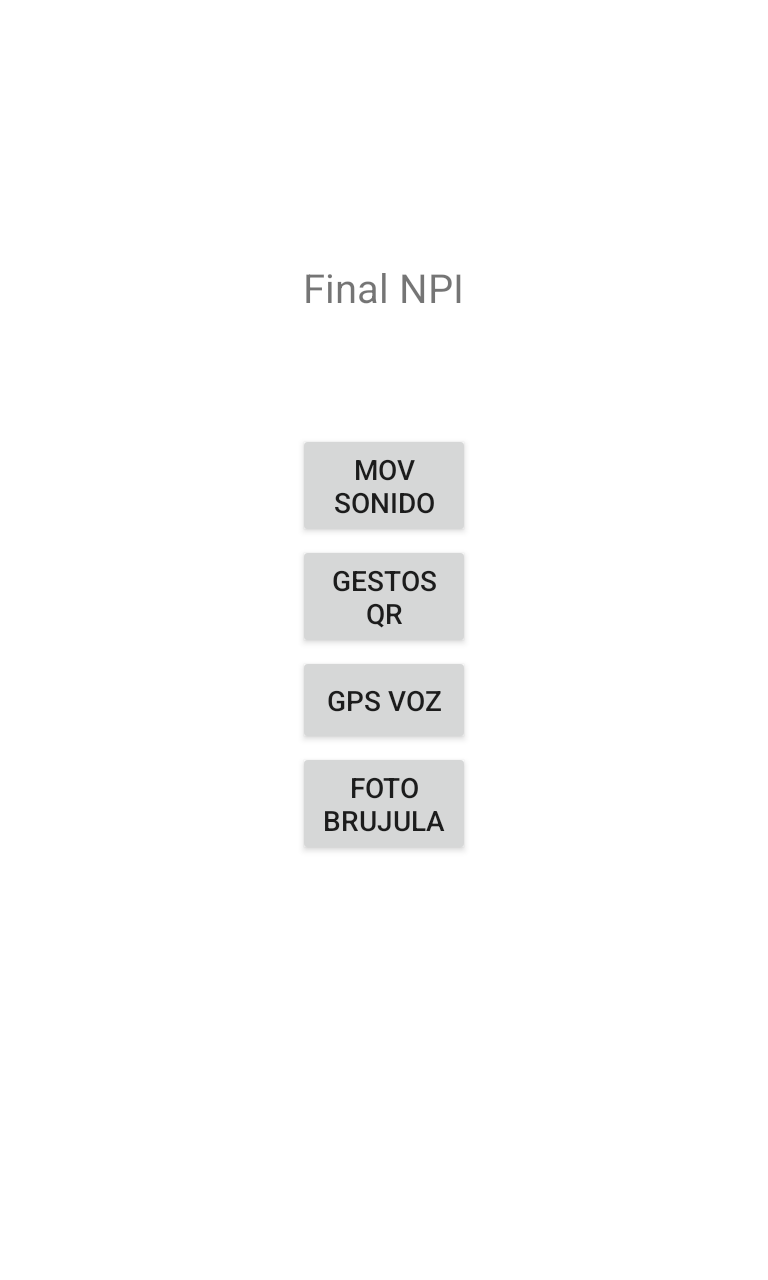
Repository: ADoncel/Android-NPI
Layout: ProyectAndroid/AndroidMetaio/res/layout/activity_main.xml
The author's editor kept a copy of each file at every save. The layout is drawn from the files as they stood at one save, then again after the next save.
It is drawn on a 768 x 1280 px phone screen (xhdpi) without system bars, with theme AppTheme; the app's code is not run.

Above is the layout before, as saved 2015-01-21 00:26:39.

### ProyectAndroid/AndroidMetaio/res/layout/activity_main.xml
<RelativeLayout xmlns:android="http://schemas.android.com/apk/res/android"
    xmlns:tools="http://schemas.android.com/tools"
    android:layout_width="fill_parent"
    android:layout_height="fill_parent"
    android:background="#FFF"
    android:paddingBottom="@dimen/activity_vertical_margin"
    android:paddingLeft="@dimen/activity_horizontal_margin"
    android:paddingRight="@dimen/activity_horizontal_margin"
    android:paddingTop="@dimen/activity_vertical_margin"
    tools:context="com.meatio.androidmetaio.MainActivity" >

    <TextView
        android:id="@+id/main_text"
        android:layout_width="wrap_content"
        android:layout_height="wrap_content"
        android:layout_alignParentTop="true"
        android:layout_centerHorizontal="true"
        android:layout_marginTop="114dp"
        android:text="@string/title_app"
        android:textSize="20sp" />

    <Button
        android:id="@+id/qrreader_button"
        android:layout_width="wrap_content"
        android:layout_height="wrap_content"
        android:layout_alignLeft="@+id/speakGPS_button"
        android:layout_alignRight="@+id/speakGPS_button"
        android:layout_below="@+id/sensor_button"
        android:text="@string/qr_button" />

    <Button
        android:id="@+id/speakGPS_button"
        android:layout_width="wrap_content"
        android:layout_height="wrap_content"
        android:layout_below="@+id/qrreader_button"
        android:layout_centerHorizontal="true"
        android:text="@string/speak_button" />

    <Button
        android:id="@+id/fotobrujula_button"
        android:layout_width="wrap_content"
        android:layout_height="wrap_content"
        android:layout_alignLeft="@+id/speakGPS_button"
        android:layout_alignRight="@+id/speakGPS_button"
        android:layout_below="@+id/speakGPS_button"
        android:text="@string/fotobrujula_button" />

    <Button
        android:id="@+id/sensor_button"
        android:layout_width="wrap_content"
        android:layout_height="wrap_content"
        android:layout_alignLeft="@+id/qrreader_button"
        android:layout_alignRight="@+id/qrreader_button"
        android:layout_below="@+id/main_text"
        android:layout_marginTop="58dp"
        android:text="@string/sensor_button" />

</RelativeLayout>

### ProyectAndroid/AndroidMetaio/res/values/strings.xml
<resources>

    <string name="app_name">AndroidMetaio</string>
    <string name="action_settings">Settings</string>
    <string name="metaioSDKSignature">fATHtuYuVAi1IpawQ6m57N8MvdcDtYjBbhnKqC7PkKg=</string>
    <string name="radiobutton_web">Web search</string>
    <string name="radiobutton_free">Free form</string>
    <string name="instructions_langmodel">Choose a language model</string>
    <string name="instructions_numresults">Choose the maximum number of results</string>
    <string name="speechbtn">Press the button to speak</string>
    <string name="title_app">Final NPI</string>
    <string name="speak_button">GPS Voz</string>
    <string name="voice_button">TOMAR</string>
    <string name="latitud_text">LATITUD</string>
    <string name="longitud_text">LONGITUD</string>
    <string name="GPS_button">START GPS</string><string name="qr_button">Gestos QR</string>
    <string name="sensor_button">Mov Sonido</string>

    <!-- Accessibility description sent when user starts drawing a lock pattern. -->
    <string name="lockscreen_access_pattern_start">Pattern started</string>
    <!-- Accessibility description sent when the pattern times out and is cleared. -->
    <string name="lockscreen_access_pattern_cleared">Pattern cleared</string>
    <!-- Accessibility description sent when user adds a cell to the pattern. -->
    <string name="lockscreen_access_pattern_cell_added">Cell added</string>
    <!-- Accessibility description sent when user completes drawing a pattern. -->
    <string name="lockscreen_access_pattern_detected">Pattern completed</string>


    <string name="lock_tip_pattern_ready">Dibuja el patron de desbloqueo：</string>
    <string name="lock_tip_pattern_start">Levante el dedo al terminar：</string>
    <string name="lock_tip_pattern_error_tooless">Establece minimo 4 puntos：</string>
    <string name="lock_tip_pattern_recored">Patron grabado</string>
    <string name="lock_tip_pattern_check">Dibuje el patron de nuevo para confirmar：</string>
    <string name="lock_tip_pattern_error_checkerror">Error de entrada por favor intentelo de nuevo</string>
    <string name="lock_tip_pattern_done">Su nuevo patron de desbloqueo：</string>

    <string name="verify_tip_input">Introduzca el patron：</string>
    <string name="verify_tip_error">La contraseña es incorrecta</string>

    <string name="lock_btn_next">NEXT</string>
    <string name="lock_btn_done">DONE</string>
    <string name="btn_cancel">CANCEL</string>
    <string name="btn_retry">RETRY</string>
    <string name="fotobrujula_button">Foto Brujula</string>

</resources>

Loaded but not shown: ProyectAndroid/AndroidMetaio/res/values/styles.xml (common file); ProyectAndroid/AndroidMetaio/res/values-v11/styles.xml (common file); ProyectAndroid/AndroidMetaio/res/values-v14/styles.xml (common file); ProyectAndroid/AndroidMetaio/res/values/dimens.xml (common file); ProyectAndroid/AndroidMetaio/res/values-w820dp/dimens.xml (common file)

After the next save:
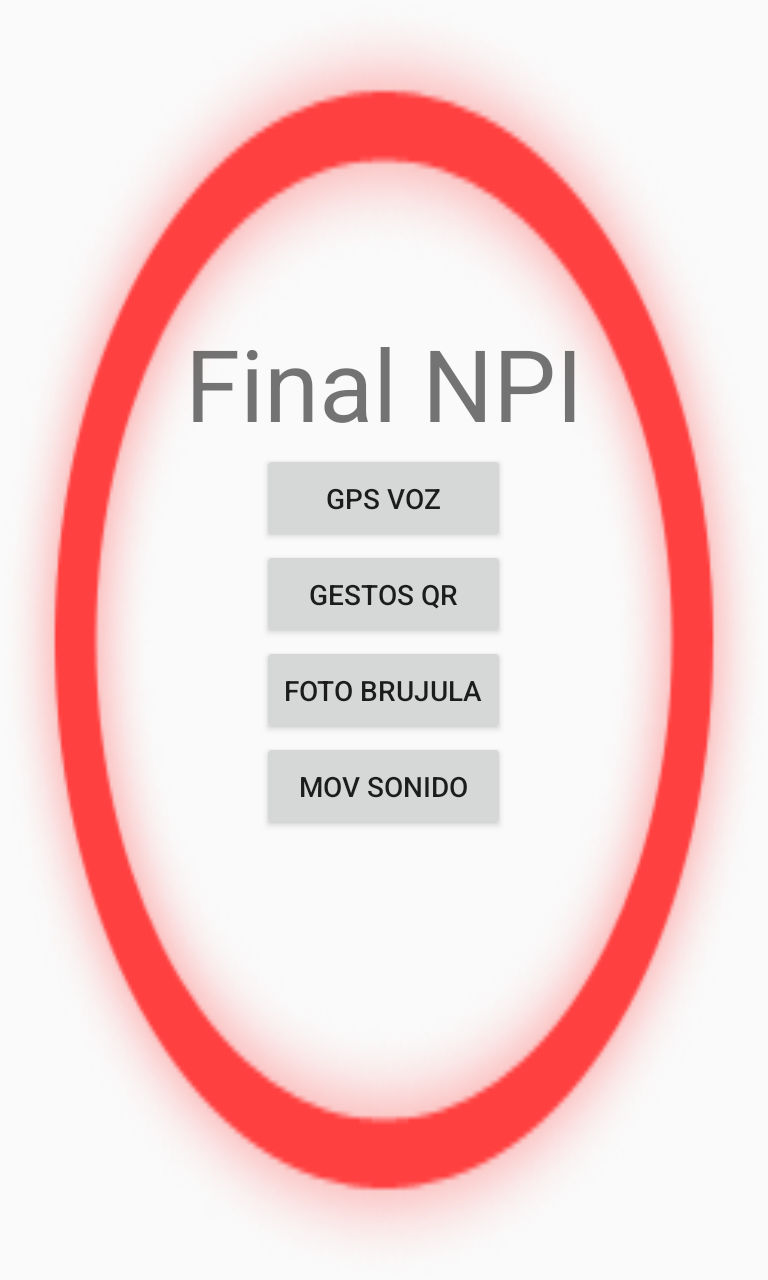
Saved 4 min 2 s later.
--- a/ProyectAndroid/AndroidMetaio/res/layout/activity_main.xml
+++ b/ProyectAndroid/AndroidMetaio/res/layout/activity_main.xml
@@ -2,7 +2,7 @@
     xmlns:tools="http://schemas.android.com/tools"
     android:layout_width="fill_parent"
     android:layout_height="fill_parent"
-    android:background="#FFF"
+    android:background="@drawable/indicator_code_lock_point_area_red_holo"
     android:paddingBottom="@dimen/activity_vertical_margin"
     android:paddingLeft="@dimen/activity_horizontal_margin"
     android:paddingRight="@dimen/activity_horizontal_margin"
@@ -15,9 +15,18 @@
         android:layout_height="wrap_content"
         android:layout_alignParentTop="true"
         android:layout_centerHorizontal="true"
-        android:layout_marginTop="114dp"
+        android:layout_marginTop="142dp"
         android:text="@string/title_app"
-        android:textSize="20sp" />
+        android:textSize="50sp" />
+
+    <Button
+        android:id="@+id/speakGPS_button"
+        android:layout_width="wrap_content"
+        android:layout_height="wrap_content"
+        android:layout_alignLeft="@+id/fotobrujula_button"
+        android:layout_alignRight="@+id/fotobrujula_button"
+        android:layout_below="@+id/main_text"
+        android:text="@string/speak_button" />
 
     <Button
         android:id="@+id/qrreader_button"
@@ -25,34 +34,24 @@
         android:layout_height="wrap_content"
         android:layout_alignLeft="@+id/speakGPS_button"
         android:layout_alignRight="@+id/speakGPS_button"
-        android:layout_below="@+id/sensor_button"
+        android:layout_below="@+id/speakGPS_button"
         android:text="@string/qr_button" />
-
-    <Button
-        android:id="@+id/speakGPS_button"
-        android:layout_width="wrap_content"
-        android:layout_height="wrap_content"
-        android:layout_below="@+id/qrreader_button"
-        android:layout_centerHorizontal="true"
-        android:text="@string/speak_button" />
 
     <Button
         android:id="@+id/fotobrujula_button"
         android:layout_width="wrap_content"
         android:layout_height="wrap_content"
-        android:layout_alignLeft="@+id/speakGPS_button"
-        android:layout_alignRight="@+id/speakGPS_button"
-        android:layout_below="@+id/speakGPS_button"
+        android:layout_below="@+id/qrreader_button"
+        android:layout_centerHorizontal="true"
         android:text="@string/fotobrujula_button" />
 
     <Button
         android:id="@+id/sensor_button"
         android:layout_width="wrap_content"
         android:layout_height="wrap_content"
-        android:layout_alignLeft="@+id/qrreader_button"
-        android:layout_alignRight="@+id/qrreader_button"
-        android:layout_below="@+id/main_text"
-        android:layout_marginTop="58dp"
+        android:layout_alignLeft="@+id/fotobrujula_button"
+        android:layout_alignRight="@+id/fotobrujula_button"
+        android:layout_below="@+id/fotobrujula_button"
         android:text="@string/sensor_button" />
 
 </RelativeLayout>
